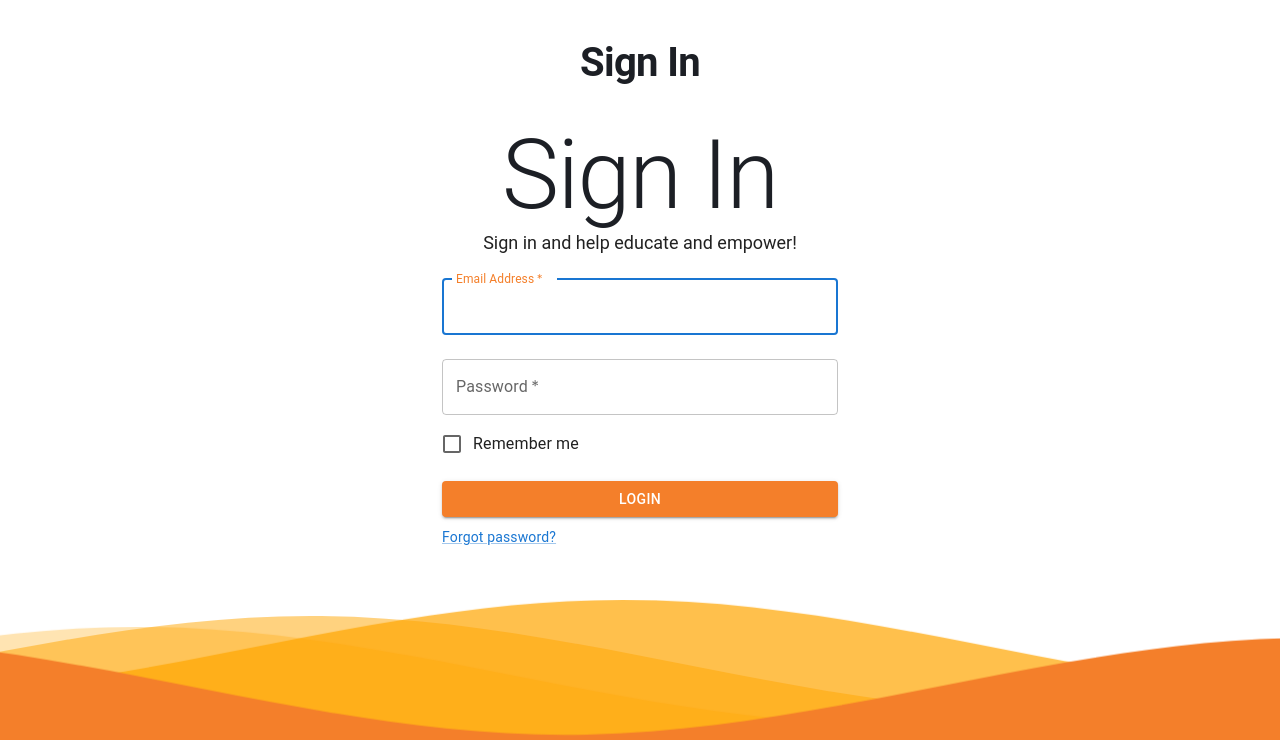
Repository: shubhampirate/Google_Solutions_Edural
Page: /
The author's editor kept a copy of each file at every save. The page is drawn from the files as they stood at one save, then again after the next save.
The browser window is 1280 px wide. The pictures show the whole page.
The project was rebuilt for these pictures with package versions that can differ from the ones it lists, and the page was loaded fresh each time. Some packages were replaced by stand-ins written for this rebuild. Also part of the build but not shown: src/Components/CustomButton.jsx, src/Components/Navbar.jsx, src/Components/Footer.jsx, src/Components/CongratsCard.jsx, src/pages/Hero/Hero.jsx.

Above is the page before, as saved 2024-02-02 20:56:16.

After the next save:
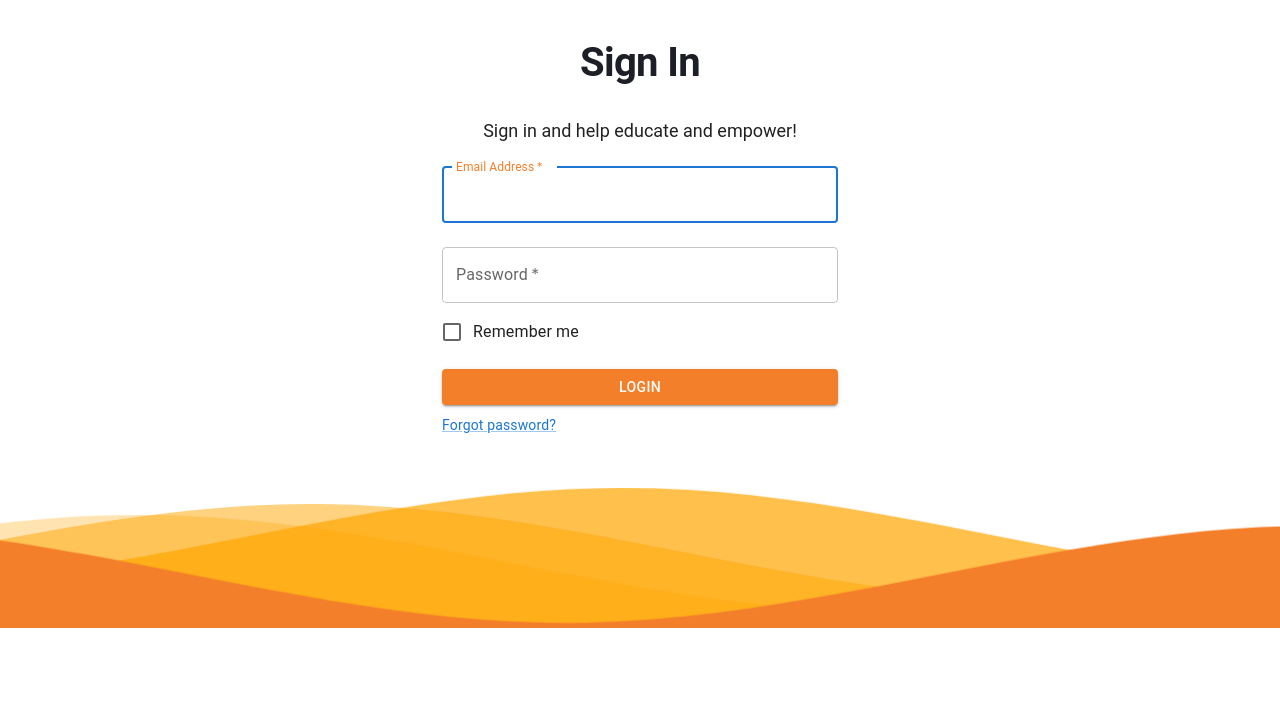
Saved 10 s later.
--- a/src/pages/Sign_in.jsx
+++ b/src/pages/Sign_in.jsx
@@ -165,9 +165,6 @@ export default function SignIn() {
         <Title variant="h1" sx={{ color: "#1C1F25" }}>
             Sign In
            </Title>
-        <Typography variant="h1" sx={{ color: "#1C1F25" }}>
-          Sign In
-        </Typography>
         <Typography component="h2" variant="h5" sx={{ fontSize: "18px" }}>
           Sign in and help educate and empower!
         </Typography>
